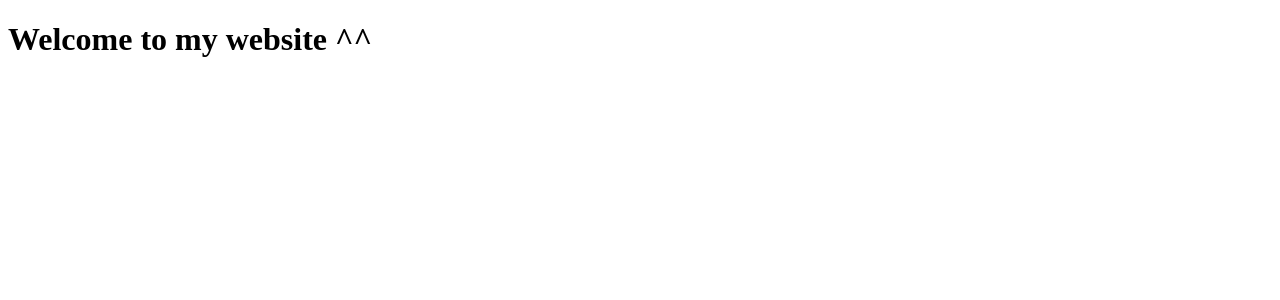
Repository: nguyendonghieu1011-png/project2
Page: index.html
An editor plug-in stored every save of this project. The page is shown before and after the next save, followed by the edit.
The browser window is 1280 px wide. The pictures show the whole page.

Above is the page before, as saved 2025-11-05 21:52:13.

### index.html
<!DOCTYPE html>
<html lang="en">
  <head>
    <meta charset="UTF-8" />
    <meta name="viewport" content="width=device-width, initial-scale=1.0" />
    <title>Hello</title>
  </head>
  <body>
    <h1>Welcome to my website ^^</h1>
  </body>
</html>

After the next save:
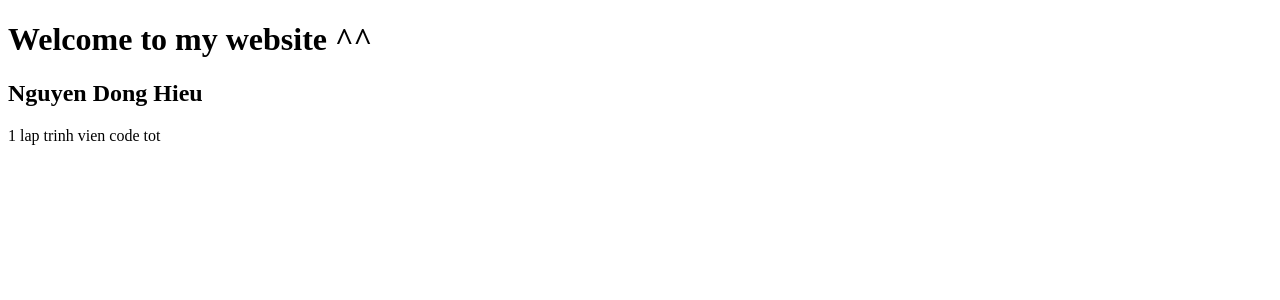
Saved 112 s later.
--- a/index.html
+++ b/index.html
@@ -7,5 +7,9 @@
   </head>
   <body>
     <h1>Welcome to my website ^^</h1>
+
+    <h2>Nguyen Dong Hieu</h2>
+    <p>1 lap trinh vien code tot</p>
+    <img href=""
   </body>
 </html>
